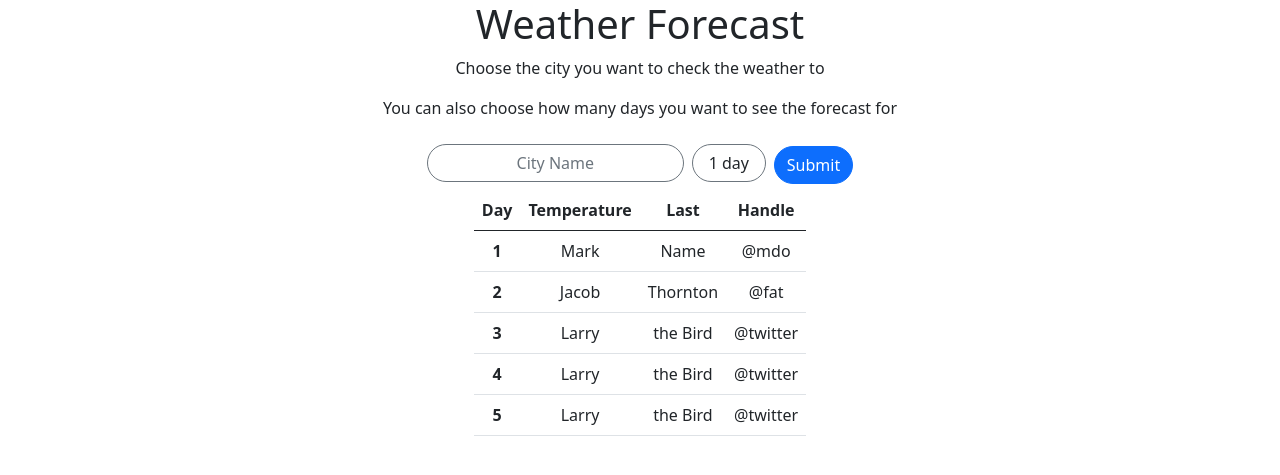
Repository: DimitrisDoxopoulos/my-own-weather-app
Page: /
These files come from the project's save history. The page is drawn as it stood at one moment and after the next save; the edit follows.
The browser window is 1280 px wide. The pictures show the whole page.
The project was rebuilt for these pictures with package versions that can differ from the ones it lists, and the page was loaded fresh each time.

Above is the page before, as saved 2021-06-03 20:03:06.

### src/App.js
import './App.css';

/*--------------- Importing Components ------------------- */
import Wrapper from './components/Wrapper'
import Header from './components/Header'
import Tagline from './components/Tagline'
import Form from './components/Form'
import WeatherForecast from './components/WeatherForecast';
/*--------------- Importing Components ------------------- */

function App() {
  return (
    <div className="App">
      <Wrapper>
        <Header />
        <Tagline />
        <Form />
        <WeatherForecast />
      </Wrapper>
    </div>
  );
}

export default App;

### src/App.css
.App {
  /* text-align: center; */
}

.App-logo {
  height: 40vmin;
  pointer-events: none;
}

.App-header {
  background-color: #282c34;
  min-height: 100vh;
  display: flex;
  flex-direction: column;
  align-items: center;
  justify-content: center;
  font-size: calc(10px + 2vmin);
  color: white;
}

.App-link {
  color: #61dafb;
}

### src/components/Wrapper.js
import React from 'react';

const Wrapper = (props) => {
    return(
    <div className='container d-flex flex-column justify-content-center align-items-center'>
        { props.children }
    </div>
    )
}

export default Wrapper;

### src/components/Header.js
import React from 'react'

const Header = () => {
    return (
        <div className="">
            <h1 className="">Weather Forecast</h1>
        </div>
    )
}

export default Header

### src/components/Tagline.js
import React from 'react'

const Tagline = () => {
    return (
        <div className="text-center">
            <p>Choose the city you want to check the weather to</p>
            <p>You can also choose how many days you want to see the forecast for</p>
        </div>
    )
}

export default Tagline

### src/components/Form.js
import React from 'react'

const Form = () => {
    return (
        <div>
            <form className="d-flex align-items-center">
                <div className="form-group">
                    <input type="text" className="form-control border-secondary rounded-pill text-center" id="exampleFormControlInput1" placeholder="City Name" />
                </div>
                <div className="form-group d-flex p-2">
                    <select className="form-control border-secondary rounded-pill text-center" id="exampleFormControlSelect1" placeholder="How many days?">
                        <option value="1">1 day</option>
                        <option value="2">2 days</option>
                        <option value="3">3 days</option>
                        <option value="4">4 days</option>
                        <option value="5">5 days</option>
                    </select>
                </div>
                <input className="btn btn-primary mt-1 rounded-pill" type="submit" value="Submit" />
            </form>
        </div>
    )
}

export default Form

### src/components/WeatherForecast.js
import React from 'react'

const WeatherForecast = () => {
    return (
        <div>
            <table class="table text-center">
                <thead class="thead-dark">
                    <tr>
                    <th scope="col">Day</th>
                    <th scope="col">Temperature</th>
                    <th scope="col">Last</th>
                    <th scope="col">Handle</th>
                    </tr>
                </thead>
                <tbody>
                    <tr>
                        <th scope="row">1</th>
                        <td>Mark</td>
                        <td>Name</td>
                        <td>@mdo</td>
                    </tr>
                    <tr>
                        <th scope="row">2</th>
                        <td>Jacob</td>
                        <td>Thornton</td>
                        <td>@fat</td>
                    </tr>
                    <tr>
                        <th scope="row">3</th>
                        <td>Larry</td>
                        <td>the Bird</td>
                        <td>@twitter</td>
                    </tr>
                    <tr>
                        <th scope="row">4</th>
                        <td>Larry</td>
                        <td>the Bird</td>
                        <td>@twitter</td>
                    </tr>
                    <tr>
                        <th scope="row">5</th>
                        <td>Larry</td>
                        <td>the Bird</td>
                        <td>@twitter</td>
                    </tr>
                </tbody>
            </table>
        </div>
    )
}

export default WeatherForecast

Loaded but not shown: public/index.html (common file); src/index.js (common file); src/index.css (common file); src/reportWebVitals.js (common file)

After the next save:
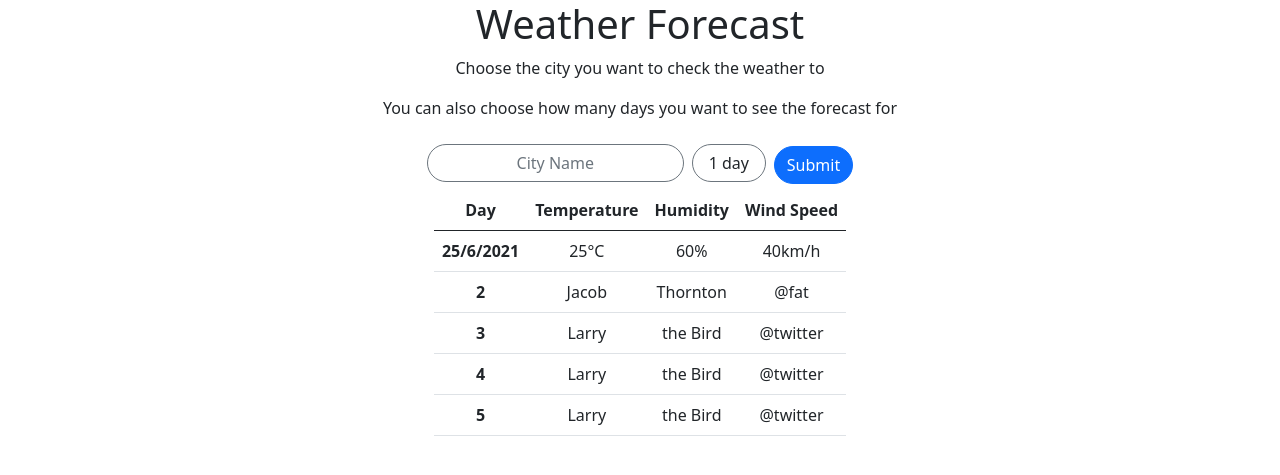
Saved 2 min 25 s later.
--- a/src/components/WeatherForecast.js
+++ b/src/components/WeatherForecast.js
@@ -8,16 +8,16 @@ const WeatherForecast = () => {
                     <tr>
                     <th scope="col">Day</th>
                     <th scope="col">Temperature</th>
-                    <th scope="col">Last</th>
-                    <th scope="col">Handle</th>
+                    <th scope="col">Humidity</th>
+                    <th scope="col">Wind Speed</th>
                     </tr>
                 </thead>
                 <tbody>
                     <tr>
-                        <th scope="row">1</th>
-                        <td>Mark</td>
-                        <td>Name</td>
-                        <td>@mdo</td>
+                        <th scope="row">25/6/2021</th>
+                        <td>25&deg;C</td>
+                        <td>60%</td>
+                        <td>40km/h</td>
                     </tr>
                     <tr>
                         <th scope="row">2</th>
